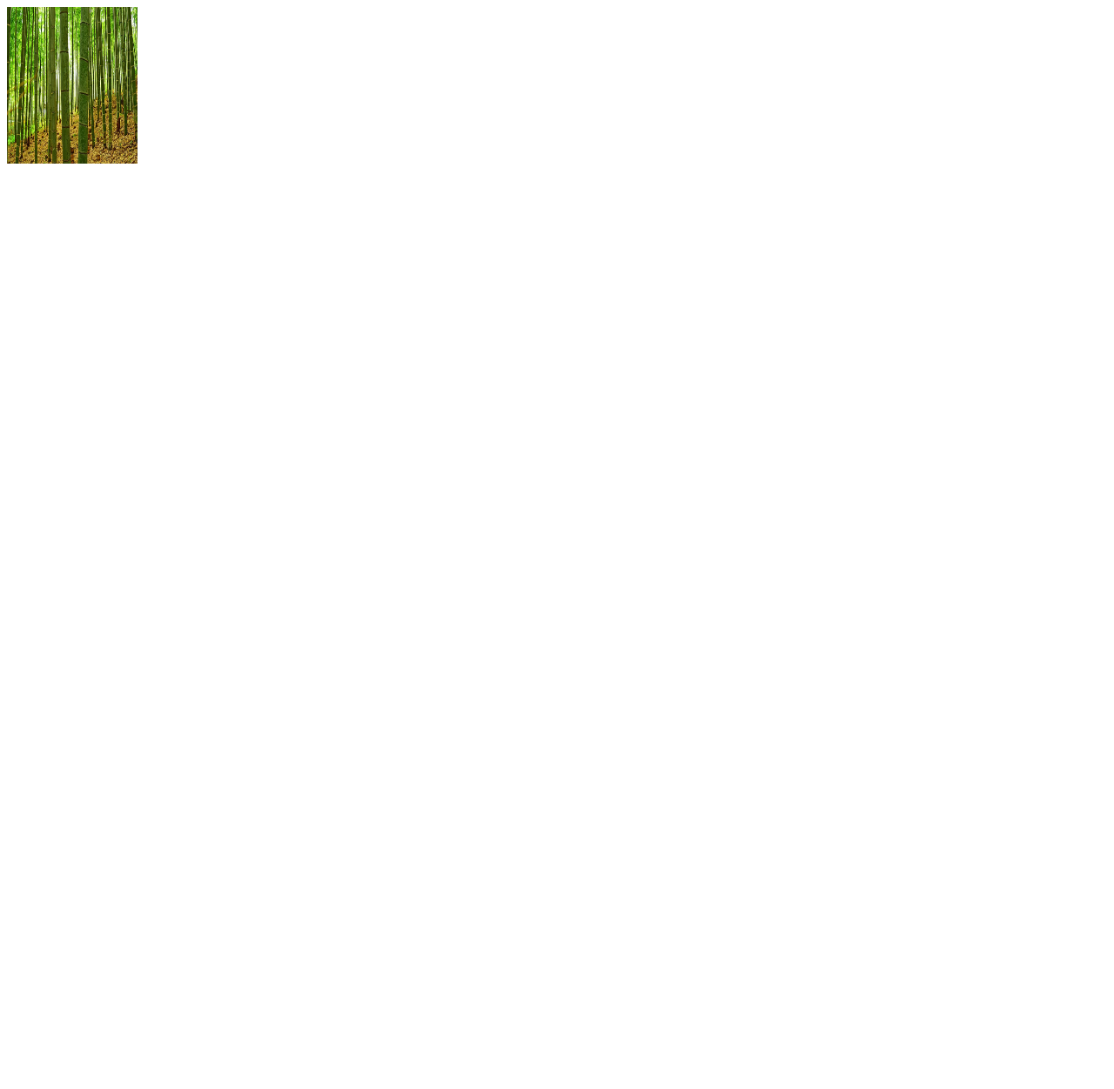
Repository: tanasa-mircea/playground
Page: canvas-filters/index.html
The author's editor kept a copy of each file at every save. The page is drawn from the files as they stood at one save, then again after the next save.
The browser window is 1280 px wide. The pictures show the whole page, at 87% of full size.

Above is the page before, as saved 2019-02-08 10:57:55.

After the next save:
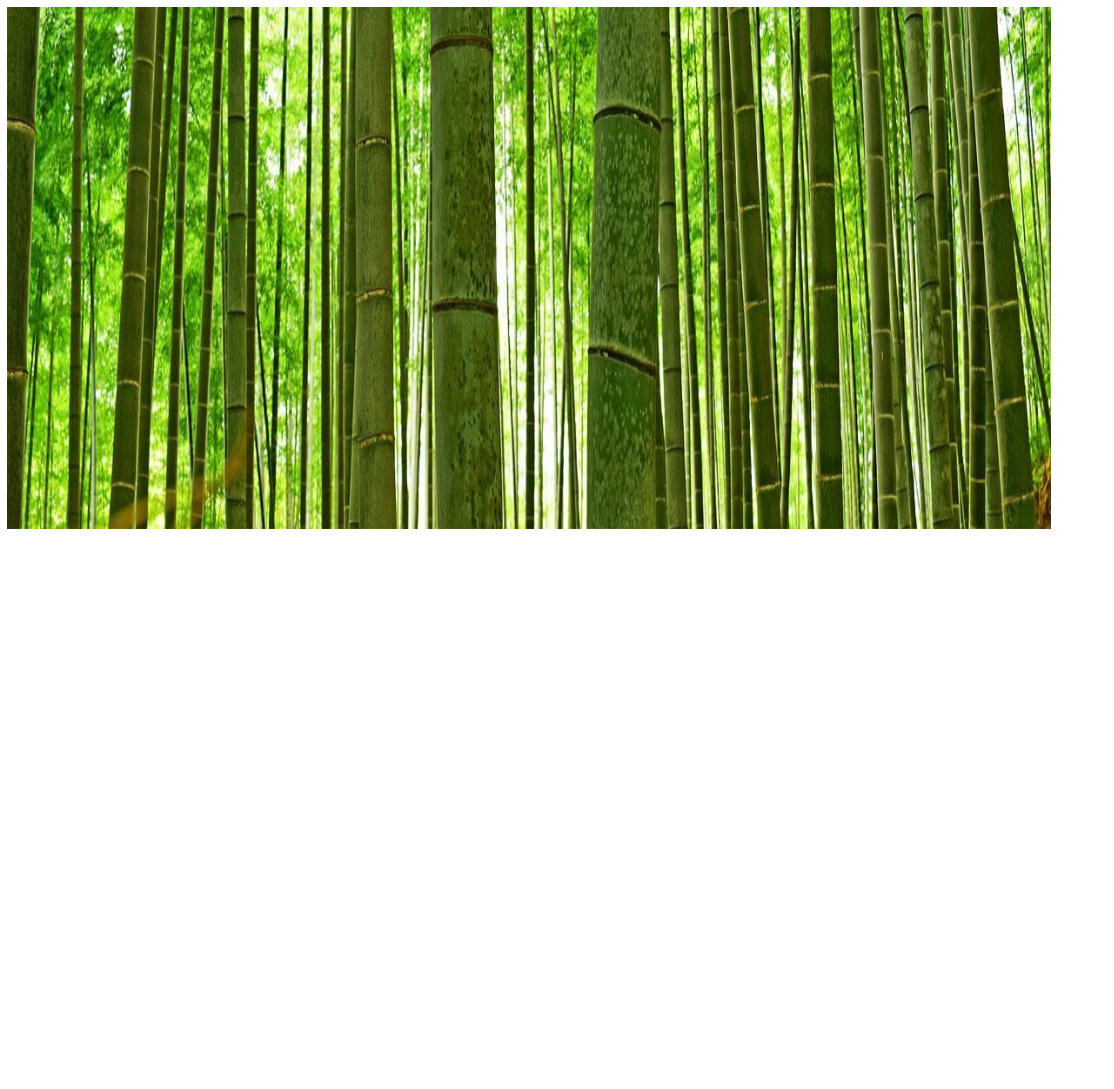
Saved 12 s later.
--- a/canvas-filters/main.js
+++ b/canvas-filters/main.js
@@ -14,7 +14,7 @@ function initCanvas() {
   canvas.height = config.canvasHeight;
   canvasContext = canvas.getContext("2d");
   image = document.getElementById("bamboo");
-  canvasContext.drawImage(image, 0, 0, 150, 180);
+  canvasContext.drawImage(image, 0, 0, config.canvasWidth, config.canvasWidth);
 }
 
 window.onload = function() {
